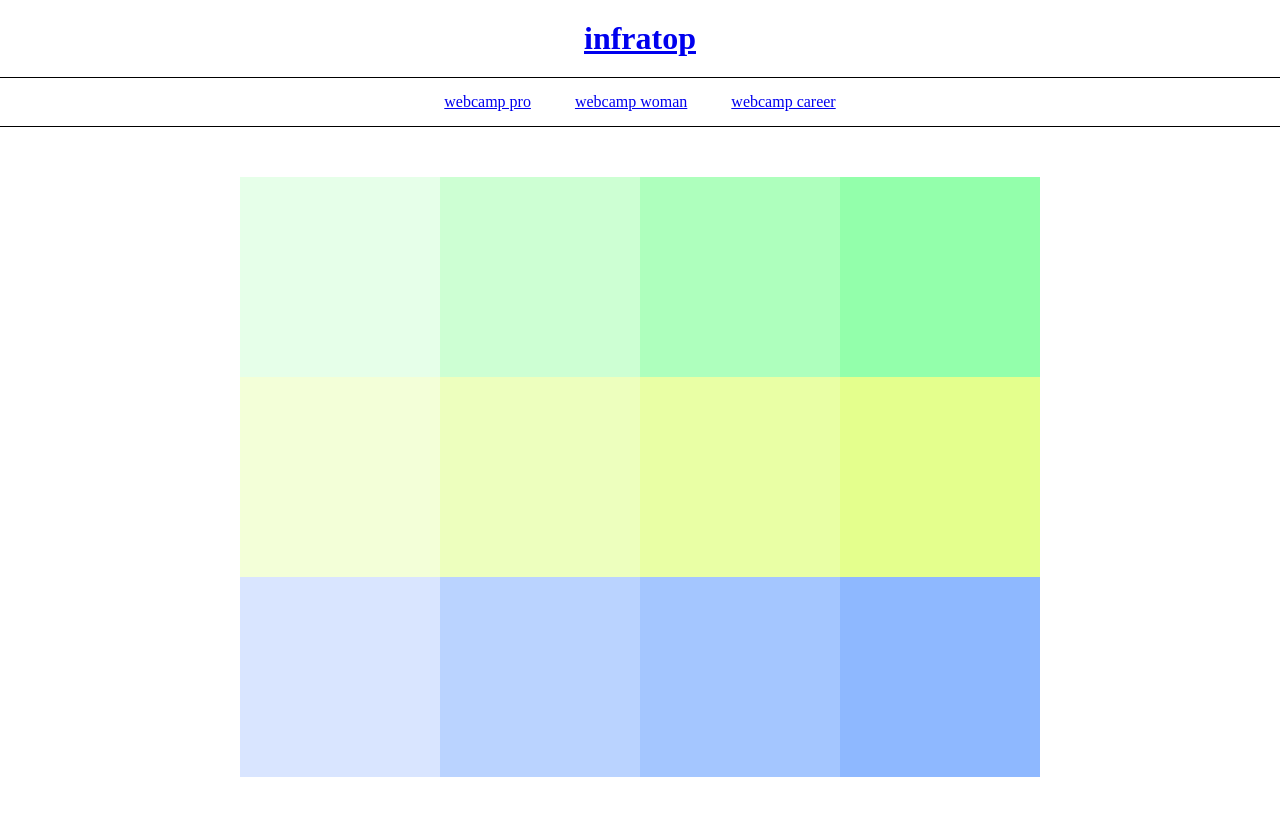
Repository: matsumurashin/flex
Page: chapter5-exercise/chap5.html
The author's editor kept a record of every edit. The page is drawn from the files as they stood at one moment, then again after the next edit.
The browser window is 1280 px wide. The pictures show the whole page.

Above is the page before.

After the next edit:
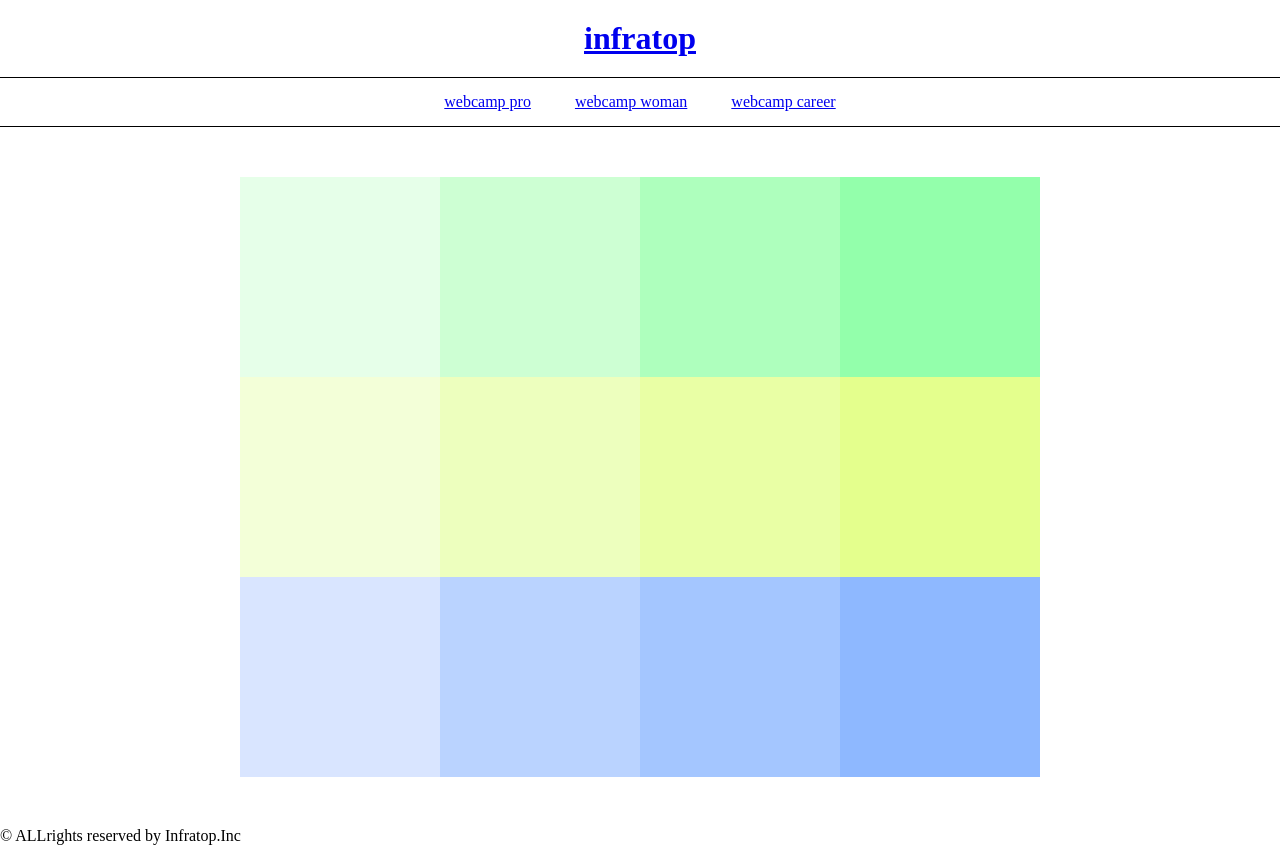
The edit:
--- a/chapter5-exercise/chap5.html
+++ b/chapter5-exercise/chap5.html
@@ -42,6 +42,9 @@
       <div class="box12"></div>
     </div>
 
+<footer>
+  <p class="footer-test">© ALLrights reserved by Infratop.Inc</p>
+</footer>
     </header>
   </body>
 </html>
